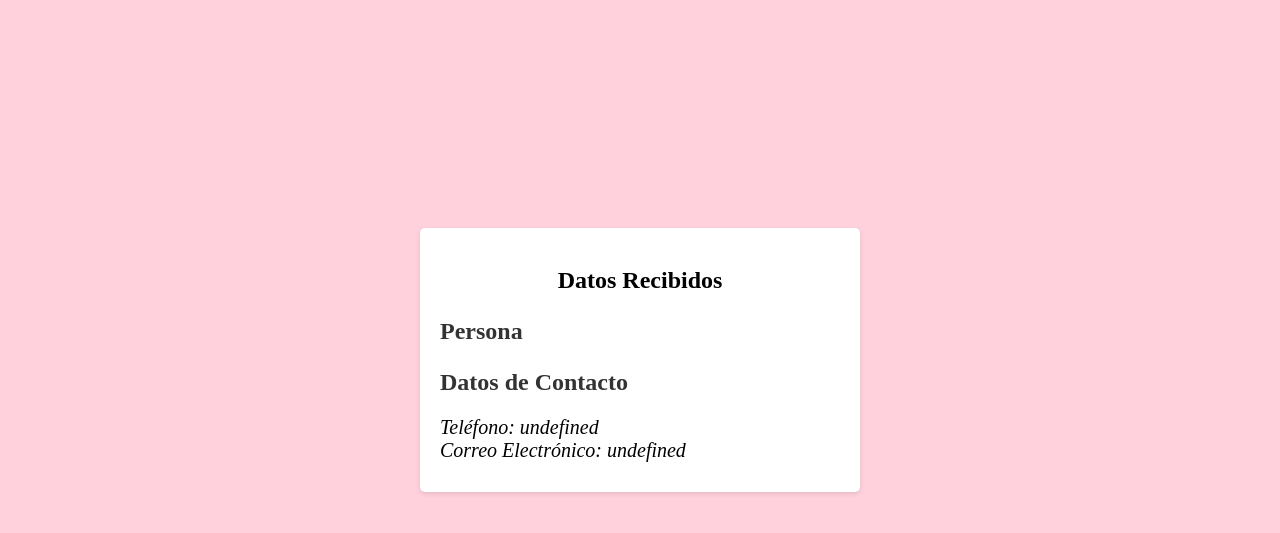
Repository: UVMCoyoacan/InnovaWeb
Page: recibedatosCV.html
These files come from the project's save history. The page is drawn as it stood at one moment and after the next save; the edit follows.
The browser window is 1280 px wide. The pictures show the whole page.

Above is the page before, as saved 2024-03-01 11:49:39.

### recibedatosCV.html
<!DOCTYPE html>
<html>
<head>
    <title>Recibe Datos</title>
    <style>
        body {
            font-family: 'Times New Roman', Times, serif;
            background-color: #ffd1dc;
            margin: 0;
            padding: 0;
            display: flex;
            justify-content: center;
            align-items: center;
            height: 100vh;
        }
        .container {
            width: 400px;
            padding: 20px;
            background-color: #fff;
            border-radius: 5px;
            box-shadow: 0 2px 5px rgba(0, 0, 0, 0.1);
        }
        h2 {
            margin-bottom: 20px;
            text-align: center;
        }
        h3 {
            font-size: 1.5em;
            color: #333;
            margin-bottom: 10px;
        }
        p {
            margin-bottom: 10px;
        }
        .dato {
            font-style: italic;
            color: black;
            font-size: 20px;
        }
    </style>
</head>
<body>
    <div class="container">
        <h2>Datos Recibidos</h2>

        <h3>Persona</h3>
        <p class="dato" id="Persona"></p>

        <h3>Datos de Contacto</h3>
        <p class="dato" id="Detalles"></p>
    </div>

    <script>
        function getUrlVars() {
            var vars = {};
            var parts = window.location.href.replace(/[?&]+([^=&]+)=([^&]*)/gi, function (m, key, value) {
                vars[key] = decodeURIComponent(value.replace(/\+/g, ' '));
            });
            return vars;
        }

        var params = getUrlVars();
        var nombre = params["nombre"];
        var telefono = params["telefono"];
        var correo = params["email"];

        var nomper = document.getElementById("Persona");
        var datPers = document.getElementById("Detalles");
        nomper.textContent = nombre;
        datPers.innerHTML = "Teléfono: " + telefono + "<br>Correo Electrónico: " + correo;
    </script>
</body>
</html>

After the next save:
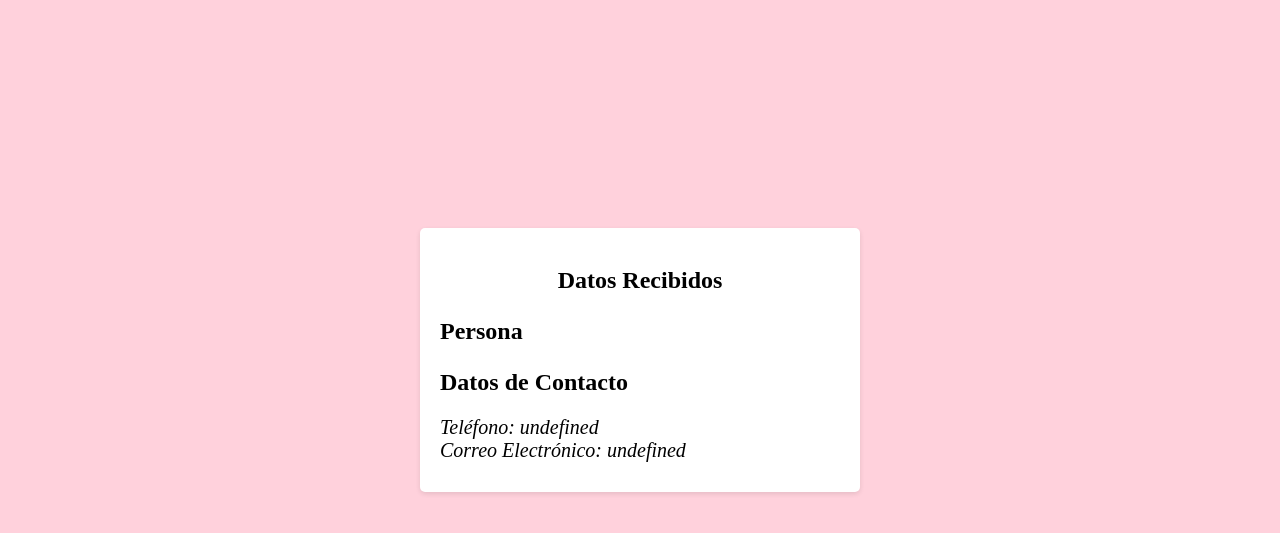
Saved 27 s later.
--- a/recibedatosCV.html
+++ b/recibedatosCV.html
@@ -26,7 +26,7 @@
         }
         h3 {
             font-size: 1.5em;
-            color: #333;
+            color:black;
             margin-bottom: 10px;
         }
         p {
